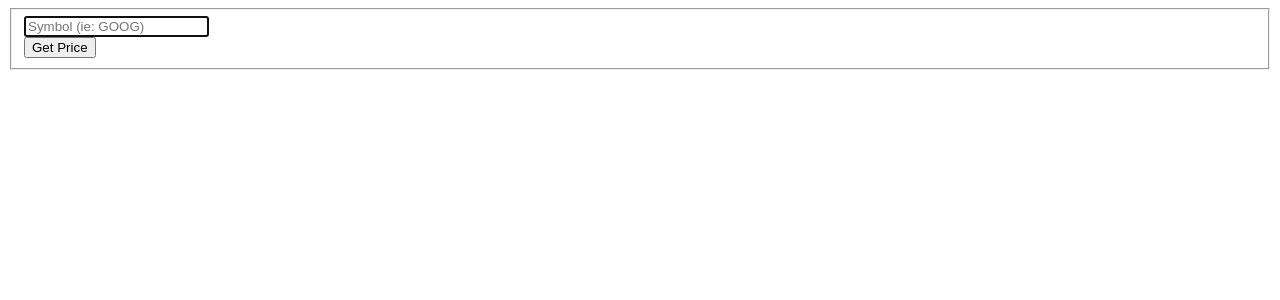
Repository: scknkrbg/cs50
Page: http://localhost/pset7/pset7/views/quote_form.php
The author's editor kept a record of every edit. The page is drawn from the files as they stood at one moment, then again after the next edit.
The browser window is 1280 px wide. The pictures show the whole page.
The page is run by PHP 8.4 with error messages shown; the project is at /var/www/html/.

Above is the page before.

### pset7/pset7/views/quote_form.php
<form action="quote.php" method="post">
    <fieldset>
        <div class="form-group">
            <input autocomplete="on" autofocus class="form-control" name="Quote" placeholder="Symbol (ie: GOOG)" type="text"/>
        </div>
        <!--<div class="form-group">-->
        <!--    <input class="form-control" name="password" placeholder="Password" type="password"/>-->
        <!--</div>-->
        <div class="form-group">
            <button class="btn btn-default" type="submit">
                <span aria-hidden="true" class="glyphicon glyphicon-log-in"></span>
                Get Price
            </button>
        </div>
    </fieldset>
</form>
<!--<div>-->
<!--    or <a href="register.php">register</a> for an account-->
<!--</div>-->

After the next edit:
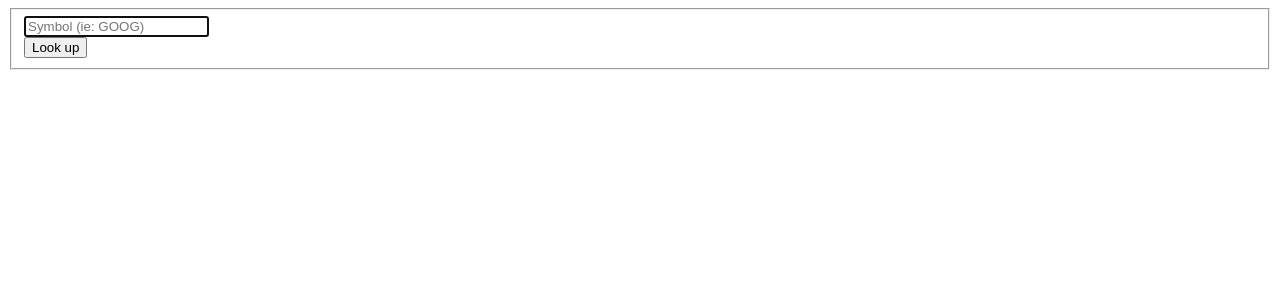
The edit:
--- a/pset7/pset7/views/quote_form.php
+++ b/pset7/pset7/views/quote_form.php
@@ -8,8 +8,8 @@
         <!--</div>-->
         <div class="form-group">
             <button class="btn btn-default" type="submit">
-                <span aria-hidden="true" class="glyphicon glyphicon-log-in"></span>
-                Get Price
+                <span aria-hidden="true" class="glyphicon glyphicon-search"></span>
+                Look up
             </button>
         </div>
     </fieldset>
